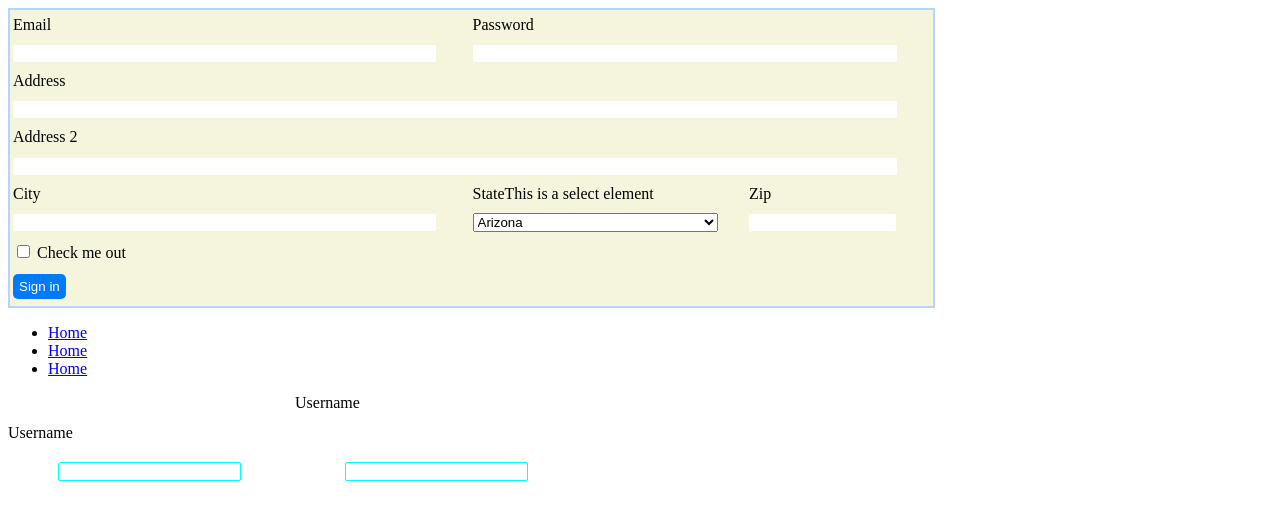
Repository: LongNguyen2504/T3H-FrondEnd
Page: Lesson2_CSS_HomeWork1.html
An editor plug-in stored every save of this project. The page is shown before and after the next save, followed by the edit.
The browser window is 1280 px wide. The pictures show the whole page.

Above is the page before, as saved 2021-11-29 21:57:19.

After the next save:
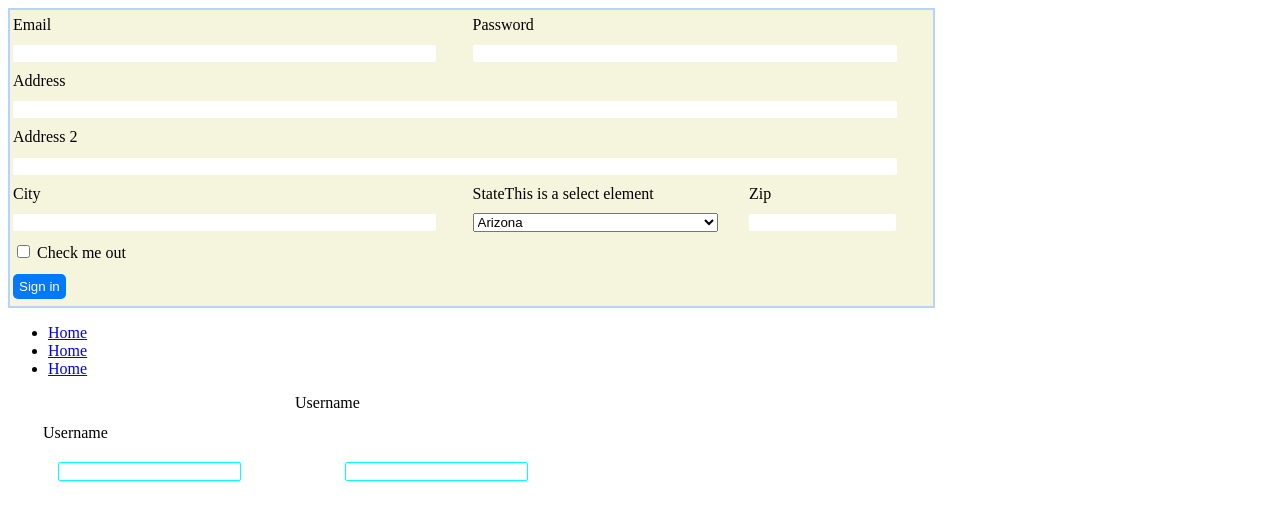
Saved 31 s later.
--- a/Lesson2_CSS_HomeWork1.html
+++ b/Lesson2_CSS_HomeWork1.html
@@ -85,7 +85,7 @@
 
     </ul>
     <div style="display: inline-block;">
-        <label for="user" style="position: relative; top: 30px;">Username</label><br>
+        <label for="user" style="position: relative; top: 30px; left: 35px;">Username</label><br>
         <input type="text" id="user" style="margin: 50px; border: 1px solid aqua;">
     </div>
     <div style="display: inline-block;">
